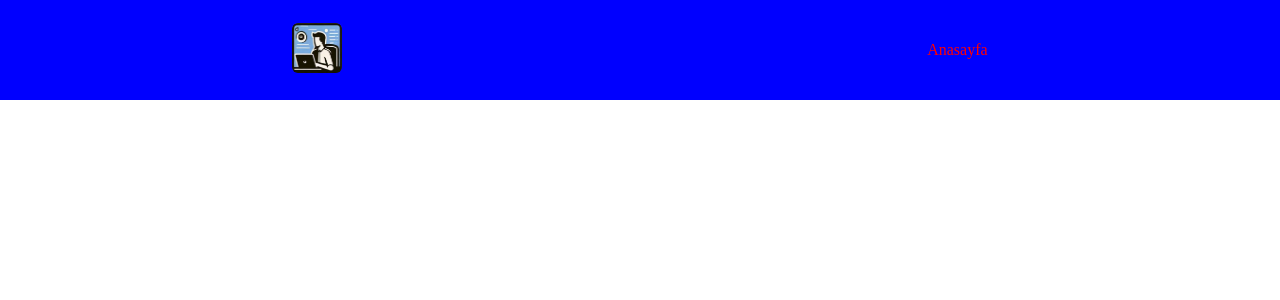
Repository: 0hasandemirtas/react-odev
Page: /
These files come from the project's save history. The page is drawn as it stood at one moment and after the next save; the edit follows.
The browser window is 1280 px wide. The pictures show the whole page.
The project was rebuilt for these pictures with package versions that can differ from the ones it lists, and the page was loaded fresh each time.

Above is the page before, as saved 2024-06-13 13:13:00.

After the next save:
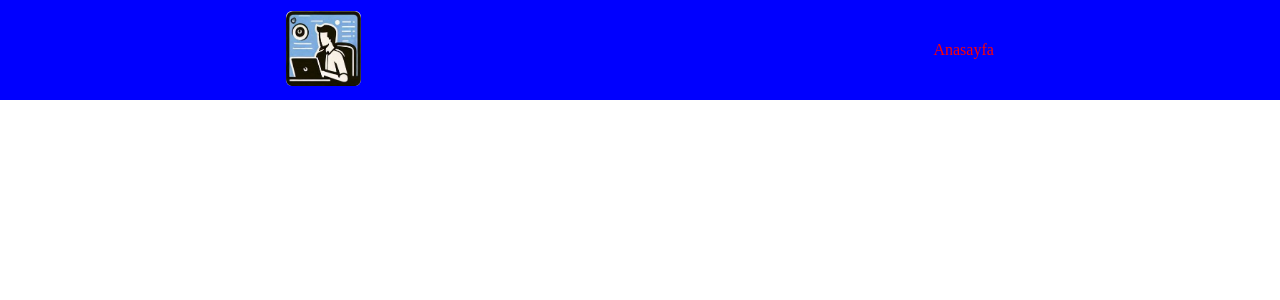
Saved 7 s later.
--- a/src/components/header/stylesheet.js
+++ b/src/components/header/stylesheet.js
@@ -18,8 +18,8 @@ const useStyles = createUseStyles({
         width:"100%"
     },
     logo:{
-        width:"50px",
-        height:"50px",
+        width:"75px",
+        height:"75px",
         borderRadius:"6px"
     }
 },
